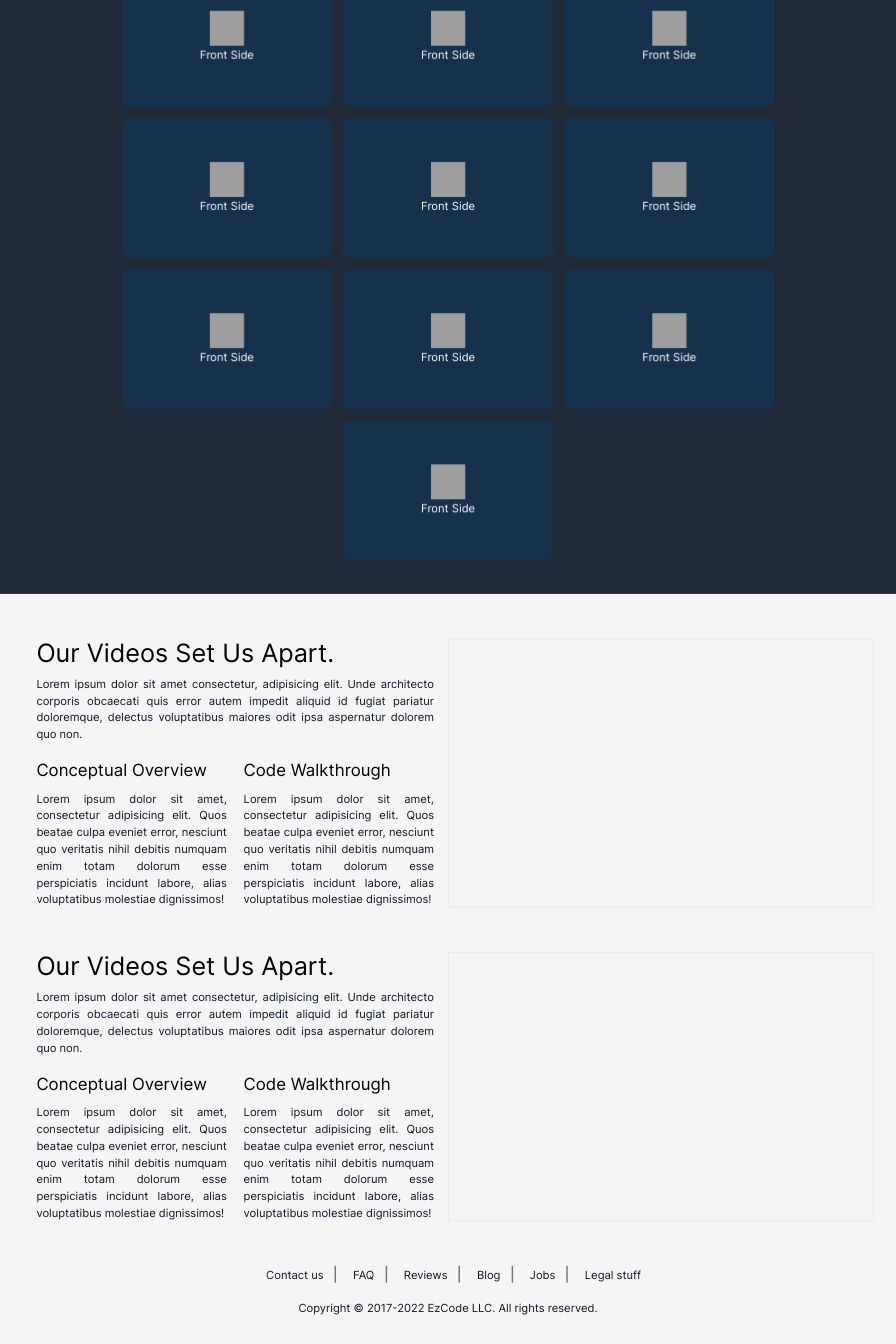
Repository: om1ars/Xjkey
Page: /
The author's editor kept a copy of each file at every save. The page is drawn from the files as they stood at one save, then again after a run of saves.
The browser window is 1280 px wide. The pictures show the part of the page from y = 1679 to 3599 px (the page is 3599 px tall before and 3536 px after), at 70% of full size.
Pictures or frames that could not be fetched are drawn as grey boxes. The project was rebuilt for these pictures with package versions that can differ from the ones it lists, and the page was loaded fresh each time. The framework's server and built-in components were replaced by stand-ins that run in the browser. Also part of the build but not shown: next.config.js.

Above is the page before, as saved 2022-03-19 01:33:33.

### src/pages/_app.tsx
import "@/css/fonts.css";
// Import Swiper styles
import "swiper/css";
import "swiper/css/free-mode";
import "swiper/css/scrollbar";
import "swiper/css/navigation";
//
import "@/css/main.scss";
import type { AppProps } from "next/app";
import { ThemeProvider } from "next-themes";
import { Header } from "@/components/Header";
import DefaultLayout from "@/layouts/DefaultLayout";

function MyApp({ Component, pageProps }: AppProps) {
  return (
    <ThemeProvider attribute="class" defaultTheme="system">
      <DefaultLayout>
        <Component {...pageProps} />
      </DefaultLayout>
    </ThemeProvider>
  );
}

export default MyApp;

### src/pages/_document.tsx
import NextDocument, {
  Html,
  Head,
  Main,
  NextScript,
  DocumentContext,
} from 'next/document';

export default class Document extends NextDocument {
  static async getInitialProps(ctx: DocumentContext) {
    const initialProps = await NextDocument.getInitialProps(ctx);
    return { ...initialProps };
  }

  render() {
    return (
      <Html lang='en' className='dark'>
        <Head>
          <link href='/favicons/site.webmanifest' rel='manifest' />
          <link href='/favicons/favicon.ico' rel='shortcut icon' />
          <link
            href='/favicons/apple-touch-icon.png'
            rel='apple-touch-icon'
            sizes='180x180'
          />
          <link
            href='/favicons/favicon-32x32.png'
            rel='icon'
            sizes='32x32'
            type='image/png'
          />
          <link
            href='/favicons/favicon-16x16.png'
            rel='icon'
            sizes='16x16'
            type='image/png'
          />
          <link
            rel='mask-icon'
            href='/favicons/safari-pinned-tab.svg'
            color='#6366f1'
          />
          <meta content='#ffffff' name='theme-color' />
          <meta content='#ffffff' name='msapplication-TileColor' />
          <meta
            content='/favicons/browserconfig.xml'
            name='msapplication-config'
          />
        </Head>
        <body className='dark:highlight-white/5 bg-neutral-100 text-slate-900 antialiased dark:bg-gray-800 dark:text-white'>
          <Main />
          <NextScript />
        </body>
      </Html>
    );
  }
}

### src/pages/index.tsx
import React from "react";
import SEO from "@/components/SEO";
import AboutUs from "@/components/HomeComponents/AboutUs";
import Hero from "@/components/HomeComponents/Hero";
import { FeaturedJobs } from "@/components/HomeComponents/FeaturedJobs";
import AlgoFlipCard from "@/components/HomeComponents/FlipCard";
import VideosComponents from "@/components/HomeComponents/VideosComponents";
export default function Home() {
  return (
    <>
      <SEO />
      <Hero />
      <main className="mx-auto max-w-screen-xl px-6 sm:px-8">
        <div className="mt-16 space-y-20">
          <FeaturedJobs />
        </div>
      </main>

      <div className="mt-10 " id="flipCard">
        <AlgoFlipCard />
      </div>
      <main className="mx-auto max-w-screen-xl px-6 sm:px-8 " id="video-explanation">
        <div className="mt-16 space-y-20">
          <VideosComponents />
        </div>
      </main>
      <main className="mx-auto max-w-screen-xl px-6 sm:px-8 " id="video-explanation">
        <div className="mt-16 space-y-20">
          <VideosComponents />
        </div>
      </main>
    </>
  );
}

### src/css/fonts.css
@font-face {
  font-family: "Inter var";
  font-weight: 100 900;
  font-display: swap;
  font-style: normal;
  font-named-instance: "Regular";
  src: url("../fonts/Inter-roman-latin.var.woff2") format("woff2");
}

@font-face {
  font-family: "Inter var";
  font-weight: 100 900;
  font-display: swap;
  font-style: italic;
  font-named-instance: "Italic";
  src: url("../fonts/Inter-italic-latin.var.woff2") format("woff2");
}

### src/css/main.scss
@tailwind base;
@tailwind components;
@tailwind utilities;
@import "./flip-card.scss";
@layer base {
  .dark {
    color-scheme: dark;
  }
}

/* styling Swiper default navigations elements */
.swiper-button-next {
  background-color: theme("colors.white");
  height: 40px;
  width: 40px;
  border-radius: 100px;
  box-shadow: theme("boxShadow.lg");
  transition: all;
  transition-duration: 150ms;
}

html.dark .swiper-button-next {
  background-color: theme("colors.slate.600");
}

.swiper-button-next:hover {
  background-color: theme("colors.slate.200");
}

html.dark .swiper-button-next:hover {
  background-color: theme("colors.slate.400");
}

.swiper-button-next::after {
  color: black;
  font-size: 1rem;
  font-weight: bold;
}
html.dark .swiper-button-next::after {
  color: theme("colors.white");
}

.swiper-button-prev {
  background-color: theme("colors.white");
  height: 40px;
  width: 40px;
  border-radius: 100px;
  box-shadow: theme("boxShadow.lg");
  transition: all;
  transition-duration: 150ms;
}

html.dark .swiper-button-prev {
  background-color: theme("colors.slate.600");
}

.swiper-button-prev:hover {
  background-color: theme("colors.slate.200");
}

html.dark .swiper-button-prev:hover {
  background-color: theme("colors.slate.400");
}

.swiper-button-prev::after {
  color: black;
  font-size: 1rem;
  font-weight: bold;
}
html.dark .swiper-button-prev::after {
  color: theme("colors.white");
}

html.dark .swiper-scrollbar {
  background: rgb(255, 255, 255, 0.2);
}
html.dark .swiper-scrollbar-drag {
  background: rgb(255, 255, 255, 0.6);
}
/* end of styling Swiper default navigations elements */

### src/layouts/DefaultLayout.tsx
import Footer from "@/components/Footer";
import { Header } from "@/components/Header";
import React, { FC } from "react";

export default function DefaultLayout({ children }: any) {
  return (
    <div>
      <Header />
      <main>{children}</main>
      <Footer />
    </div>
  );
}

### src/components/SEO.tsx
import React from "react";
import Head from "next/head";

const defaultMeta = {
  title: "Job Seeking Landing Page - Miad V",
  description: "Exprimental Project",
};

const SEO: React.FC<any> = ({ children, ...customMeta }) => {
  const meta = {
    ...defaultMeta,
    ...customMeta,
  };
  return (
    <Head>
      <meta name="robots" content="noindex" />
      <title>{meta.title}</title>
      <meta name="description" content={meta.description} />
    </Head>
  );
};

export default SEO;

### src/components/HomeComponents/FeaturedJobs.tsx
import React from "react";
import Image from "next/image";
import Link from "next/link";
import { FreeMode, Mousewheel, Navigation, Scrollbar } from "swiper";
import { Swiper, SwiperSlide } from "swiper/react";
import { Button } from "@/components/Button";
import { Chip } from "@/components/Chip";

// const featuredJobsCategories = [
//   "Sales (Corporate, Real Estate, Telesales, etc.)",
//   "Customer Service",
//   "Other",
//   "Creative Writing",
//   "Project Management",
//   "Marketing - Digital",
//   "IT - Software Development",
//   "Human Resources",
//   "Accounting & Finance",
// ];

const featuredJobsItems = [
  {
    companyName: "160+ hand-picked questions",
    jobTitle: "Algorithms for Interview",
    href: "algoFlip",
    image: "/img/01.jpg",
  },
  {
    companyName: "200+ templates, clones and more...",
    jobTitle: " Advanced React.js",
    image: "/img/02.jpg",
  },
  {
    companyName: "100+ hourse video explanation",
    jobTitle: "Online lessons",
    image: "/img/03.jpg",
    href: "video-explanation",
  },
  {
    companyName: "Feature-Rich Coding Workspace",
    jobTitle: "Enviromental editor",
    image: "/img/04.jpg",
  },
  {
    companyName: "Mock interviews",
    jobTitle: "Couch meeting",
    image: "/img/05.jpg",
  },
  {
    companyName: "Space-Time Complexity Analyses",
    jobTitle: "How to solve algorithms",
    image: "/img/06.jpg",
  },
  {
    companyName: "Achievements",
    jobTitle: "Online Sertificates",
    image: "/img/07.jpg",
  },
];

export const FeaturedJobs = () => {
  return (
    <section id="featured-jobs">
      <div className="mb-4 flex items-center justify-between">
        <h2 className="text-2xl font-bold">Why EzCode?</h2>
      </div>
      <div id="featured-jobs__categories" className="mb-4">
        {/* <Swiper
          modules={[FreeMode, Scrollbar, Mousewheel]}
          direction="horizontal"
          freeMode={true}
          mousewheel={true}
          scrollbar={{ draggable: true, hide: true }}
          slidesPerView="auto"
          spaceBetween={8}
          id="featured-jobs__categories__slider"
          className="!py-4"
        >
          <SwiperSlide className="!w-auto">
            <Chip label="all" active />
          </SwiperSlide>
          {featuredJobsCategories.map((item, i) => (
            <SwiperSlide key={i} className="!w-auto">
              <Chip label={item} />
            </SwiperSlide>
          ))}
        </Swiper> */}
      </div>
      {/* !-m-4 to fix box-shadow cropping due to overflow:hidden */}
      <div id="featured-jobs__items" className="!-m-4">
        <Swiper
          className="!p-4" // !p-4 to fix box-shadow cropping due to overflow:hidden
          modules={[Navigation]}
          navigation
          spaceBetween={20}
          slidesPerView={1}
          breakpoints={{
            "475": {
              slidesPerView: 2,
            },
            "640": {
              slidesPerView: 3,
            },
            "1024": {
              slidesPerView: 4,
            },
          }}
        >
          {featuredJobsItems.map((item, i) => (
            <SwiperSlide key={i}>
              <a>
                <a
                  href={`#${item.href}`}
                  id={item.href}
                  className="group block overflow-hidden rounded bg-white transition-all duration-150 hover:-translate-y-1 hover:shadow-lg dark:border-slate-800 dark:bg-slate-700"
                >
                  <div className="relative block overflow-hidden  pt-[70%]">
                    <Image
                      src={item.image}
                      alt={item.companyName}
                      layout="fill"
                      objectFit="cover"
                      className="transition-all duration-200 group-hover:scale-[102%]"
                    />
                  </div>

                  <div className="flex flex-col border-t p-4 dark:border-slate-600">
                    <h5 className="block truncate text-xl font-semibold capitalize">
                      {item.jobTitle}
                    </h5>
                    <span className="block truncate text-slate-500 dark:text-slate-400">
                      {item.companyName}
                    </span>
                  </div>
                </a>
              </a>
            </SwiperSlide>
          ))}
        </Swiper>
      </div>
    </section>
  );
};

### src/components/HomeComponents/VideosComponents.tsx
import React from "react";

export default function VideosComponents() {
  return (
    <div className="flex justify-between text-justify sm:flex-col  md:flex-col lg:flex-row">
      <div className="w-6/12 pl-5 pr-5">
        <div>
          <h1 className="mb-3 text-4xl text-black">Our Videos Set Us Apart.</h1>
          <p>
            Lorem ipsum dolor sit amet consectetur, adipisicing elit. Unde
            architecto corporis obcaecati quis error autem impedit aliquid id
            fugiat pariatur doloremque, delectus voluptatibus maiores odit ipsa
            aspernatur dolorem quo non.
          </p>
        </div>
        <div className="mt-6 flex sm:flex-col md:flex-col lg:flex-row">
          <div className="mr-6 text-justify">
            <h3 className="mb-3 text-2xl text-black">Conceptual Overview</h3>
            <p>
              Lorem ipsum dolor sit amet, consectetur adipisicing elit. Quos
              beatae culpa eveniet error, nesciunt quo veritatis nihil debitis
              numquam enim totam dolorum esse perspiciatis incidunt labore,
              alias voluptatibus molestiae dignissimos!
            </p>
          </div>
          <div>
            <h3 className="mb-3 text-2xl text-black">Code Walkthrough</h3>
            <p>
              Lorem ipsum dolor sit amet, consectetur adipisicing elit. Quos
              beatae culpa eveniet error, nesciunt quo veritatis nihil debitis
              numquam enim totam dolorum esse perspiciatis incidunt labore,
              alias voluptatibus molestiae dignissimos!
            </p>
          </div>
        </div>
      </div>
      <div className="w-6/12 border"></div>
    </div>
  );
}

### src/css/flip-card.scss
.algo_flip_card_container {
  width: 100%;
  padding: 40px;
  height: 100%;
  background: #1f2937;
  //   display: flex;
  justify-content: center;
  align-items: center;
}
.services-box {
  display: flex;
  justify-content: center;
  align-items: center;
  flex-wrap: wrap;
}

.service {
  margin: 8px;
}

.flip-box {
  background-color: transparent;
  width: 300px;
  height: 200px;
  //   border: 1px solid #15314b;
  border-radius: 10px;
  perspective: 1000px;
}

.flip-box-inner {
  position: relative;
  width: 100%;
  height: 100%;
  text-align: center;
  transition: transform 0.4s;
  transform-style: preserve-3d;

  display: flex;
  justify-content: center;
  align-items: center;
}

.flip-box:hover .flip-box-inner {
  transform: rotateY(180deg);
}

.flip-box-front,
.flip-box-back {
  position: absolute;
  width: 100%;
  height: 100%;
  -webkit-backface-visibility: hidden;
  backface-visibility: hidden;

  display: flex;
  justify-content: center;
  align-items: center;
  flex-direction: column;
}

.flip-box-front {
  background-color: #15314b;
  color: white;
  border-radius: 10px;
}

.flip-box-front img {
  height: 50px;
  width: 50px;
}

.flip-box-back {
  background-color: #15314b;
  color: white;
  transform: rotateY(180deg);
  border-radius: 10px;
  padding: 16px;
}

### src/components/Footer.tsx
import React from "react";

export default function Footer() {
  return (
    <div>
      <div className="bg-darkBg text-whiteBg flex flex-col items-center justify-center pl-48 pr-48 pt-16 pb-10">
        <div className="lg:flex sm:flex md:flex sm:flex-wrap md:flex-wrap ">
          <div className="ml-4 flex ">
            <span className="mr-2 ml-2">Contact us</span>
            <div className=" ml-2 w-0.5 bg-gray-500"></div>
          </div>
          <div className="ml-4 flex ">
            <span className="mr-2 ml-2">FAQ</span>
            <div className=" ml-2 w-0.5 bg-gray-500"></div>
          </div>
          <div className="ml-4 flex ">
            <span className="mr-2 ml-2">Reviews</span>
            <div className=" ml-2 w-0.5 bg-gray-500"></div>
          </div>
          <div className="ml-4 flex ">
            <span className="mr-2 ml-2">Blog</span>
            <div className=" ml-2 w-0.5 bg-gray-500"></div>
          </div>
          <div className="ml-4 flex ">
            <span className="mr-2 ml-2">Jobs</span>
            <div className=" ml-2 w-0.5 bg-gray-500"></div>
          </div>
          <div className="ml-4 flex ">
            <span className="mr-2 ml-2 ">Legal stuff</span>
          </div>

        </div>
        <div className="mt-6">
          <span>Copyright © 2017-2022 EzCode LLC. All rights reserved.</span>
        </div>
      </div>
    </div>
  );
}

### src/components/Button/index.tsx
import React, { forwardRef } from "react";
import { __DEV__ } from "@/utils/assertions";

type BaseButtonProps = Omit<React.HTMLProps<HTMLButtonElement>, "size">;

/* === Button Element === */

export interface ButtonProps extends BaseButtonProps {
  children: React.ReactNode;
  fullWidth?: boolean;
  className?: string;
  variant?: "solid" | "outline" | "ghost";
  size?: "sm" | "md" | "lg";
  as?: string;
  isExternal?: boolean;
  type?: "button" | "submit" | "reset";
}

export const Button = forwardRef<HTMLButtonElement, ButtonProps>(
  (
    {
      children,
      variant = "solid",
      size = "md",
      fullWidth = false,
      className,
      as = "button",
      isExternal = false,
      ...rest
    },
    ref
  ) => {
    let tempClassNames: string[] = [];

    const sharedClasses = [
      "capitalize",
      "focus:outline-none",
      "focus:ring-2",
      "focus:ring-sky-400",
      "focus:ring-offset-2",
      "focus:ring-offset-sky-50",
      "font-semibold",
      "rounded-full",
      "inline-flex",
      "flex-shrink-0",
      "items-center",
      "justify-center",
      "transition-colors",
      "ease-in-out",
      "duration-500",
    ];

    if (fullWidth) sharedClasses.push("w-full");

    // handle variants
    let btnSolid = ["bg-sky-600", "hover:bg-sky-700", "text-white"];
    let btnOutline = [
      "dark:text-white",
      "hover:text-sky-700",
      "hover:dark:text-sky-700",
      "bg-transparent",
      "hover:bg-sky-50",
      "border",
      "border-sky-600",
    ];
    let btnGhost = [
      "bg-transparent",
      "dark:text-white",
      "hover:bg-sky-50",
      "hover:text-sky-700",
      "hover:dark:text-sky-700",
    ];

    if (variant === "solid") {
      tempClassNames = [...sharedClasses, ...btnSolid];
    } else if (variant === "outline") {
      tempClassNames = [...sharedClasses, ...btnOutline];
    } else if (variant === "ghost") {
      tempClassNames = [...sharedClasses, ...btnGhost];
    }

    // handle sizes
    let sizeSm = ["h-8", "px-2", "text-sm"];
    let sizeMd = ["h-10", "px-3"];
    let sizeLg = ["h-12", "px-4", "text-lg"];

    if (size === "sm") {
      tempClassNames = [...tempClassNames, ...sizeSm];
    } else if (size === "md") {
      tempClassNames = [...tempClassNames, ...sizeMd];
    } else if (size === "lg") {
      tempClassNames = [...tempClassNames, ...sizeLg];
    }

    let classes = tempClassNames.join(" ");

    let Element = as ? (
      React.createElement(
        as,
        {
          className: `${classes} ${className}`,
          target: isExternal ? "_blank" : undefined,
          rel: isExternal ? "noopener noreferrer" : undefined,
          ref,
          ...rest,
        },
        children
      )
    ) : (
      <button {...rest} className={`${classes} ${className}`} ref={ref}>
        {children}
      </button>
    );

    return Element;
  }
);

if (__DEV__) {
  Button.displayName = "Button";
}

/* === IconButton Element === */

export interface IconButtonProps extends ButtonProps {
  icon?: React.ReactElement;
  "aria-label": string;
}

export const IconButton = forwardRef<HTMLButtonElement, IconButtonProps>(
  (
    {
      children,
      icon,
      className,
      "aria-label": ariaLabel,
      size = "md",
      ...rest
    },
    ref
  ) => {
    let sharedClasses = ["rounded-full", "!px-0"];

    // handle sizes
    let sizeSm = ["w-8"];
    let sizeMd = ["w-10"];
    let sizeLg = ["w-12"];

    if (size === "sm") {
      sharedClasses = [...sharedClasses, ...sizeSm];
    } else if (size === "md") {
      sharedClasses = [...sharedClasses, ...sizeMd];
    } else if (size === "lg") {
      sharedClasses = [...sharedClasses, ...sizeLg];
    }

    /**
     * Passing the icon as prop or children should work
     */
    const element = icon || children;
    const _children = React.isValidElement(element)
      ? React.cloneElement(element as any, {
          "aria-hidden": true,
          focusable: false,
        })
      : null;

    let classes = sharedClasses.join(" ");
    return (
      <Button
      className={`${classes} ${className}`}
        aria-label={ariaLabel}
        size={size}
        {...rest}
        ref={ref}
      >
        {_children}
      </Button>
    );
  }
);

if (__DEV__) {
  IconButton.displayName = "IconButton";
}

### src/components/Logo.tsx
import clsx from "clsx";
import React from "react";

export default function Logo() {
  return (
    <span
      className={clsx(
        "bg-gradient-to-r from-fuchsia-800 via-purple-600 to-indigo-800 bg-clip-text align-middle text-3xl font-black tracking-widest text-transparent"
      )}
    >
      HIREDLi
    </span>
  );
}

### src/utils/assertions.ts
export const __DEV__ = process.env.NODE_ENV !== "production";

Loaded but not shown: tailwind.config.js (18 lines, source omitted); src/components/Header.tsx (699 lines, source omitted); src/components/HomeComponents/FlipCard.tsx (283 lines, source omitted); src/components/HomeComponents/AuthenticationDialog.tsx (206 lines, source omitted); src/components/HomeComponents/CompareTable.tsx (166 lines, source omitted); src/components/ThemeToggle.tsx (220 lines, source omitted); src/components/HomeComponents/Hero.tsx (170 lines, source omitted)

After the next 2 saves:
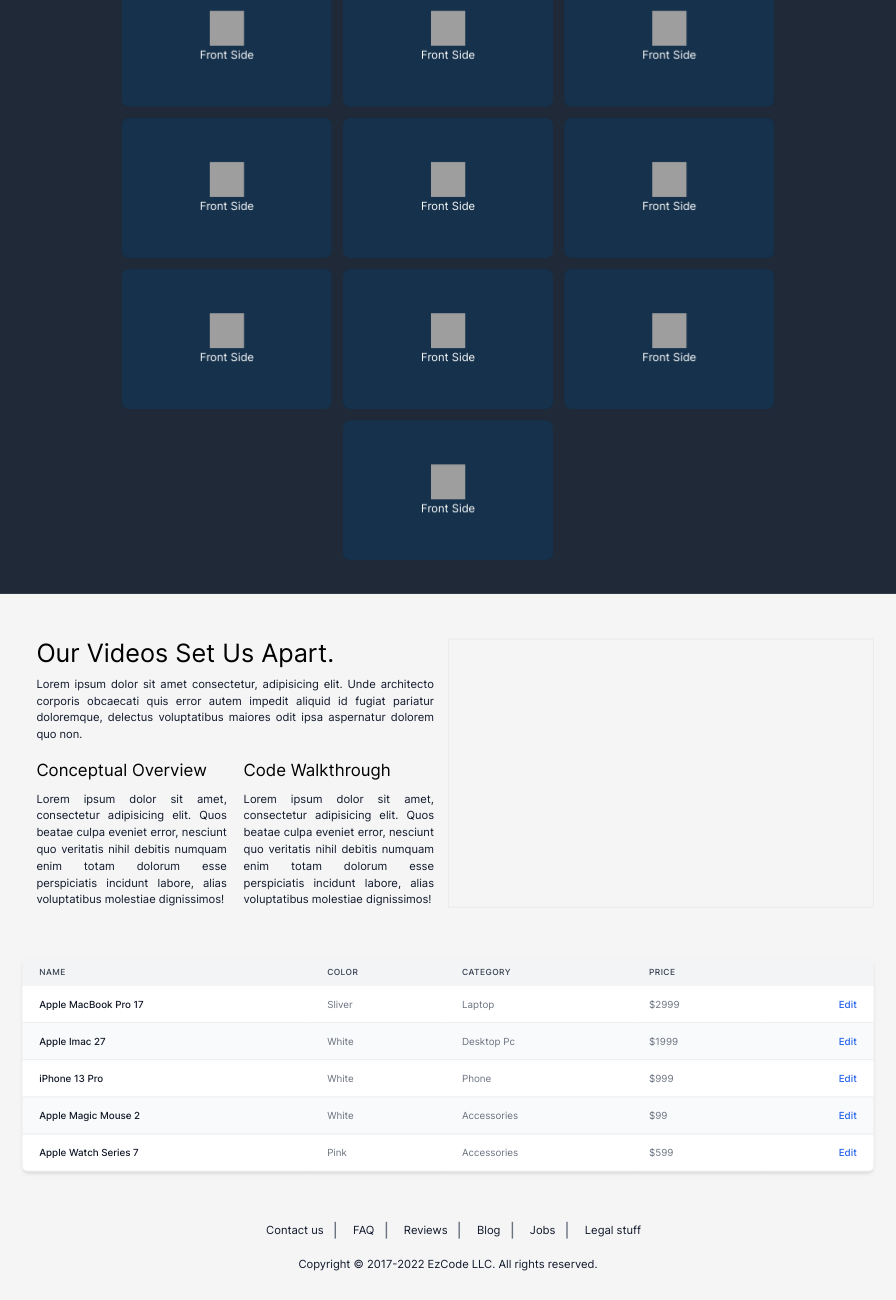
The 2 saves are shown as one change because they came seconds apart.
The last was saved 6 s later.
--- a/src/pages/index.tsx
+++ b/src/pages/index.tsx
@@ -5,6 +5,7 @@ import Hero from "@/components/HomeComponents/Hero";
 import { FeaturedJobs } from "@/components/HomeComponents/FeaturedJobs";
 import AlgoFlipCard from "@/components/HomeComponents/FlipCard";
 import VideosComponents from "@/components/HomeComponents/VideosComponents";
+import CompareTable from "@/components/HomeComponents/CompareTable";
 export default function Home() {
   return (
     <>
@@ -26,7 +27,7 @@ export default function Home() {
       </main>
       <main className="mx-auto max-w-screen-xl px-6 sm:px-8 " id="video-explanation">
         <div className="mt-16 space-y-20">
-          <VideosComponents />
+          <CompareTable />
         </div>
       </main>
     </>
